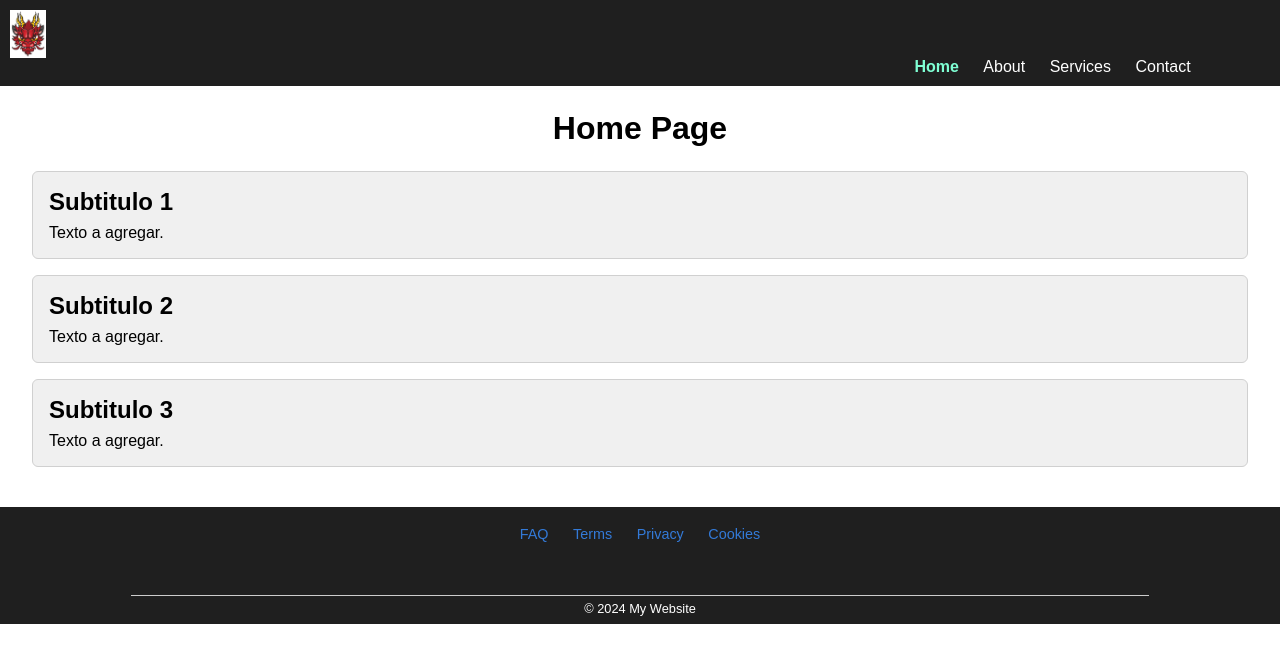
Repository: andreamm-lab/basic-navigation-example-2025-10
Page: index.html
These files come from the project's save history. The page is drawn as it stood at one moment and after the next save; the edit follows.
The browser window is 1280 px wide. The pictures show the whole page.

Above is the page before, as saved 2025-11-06 19:40:53.

After the next save:
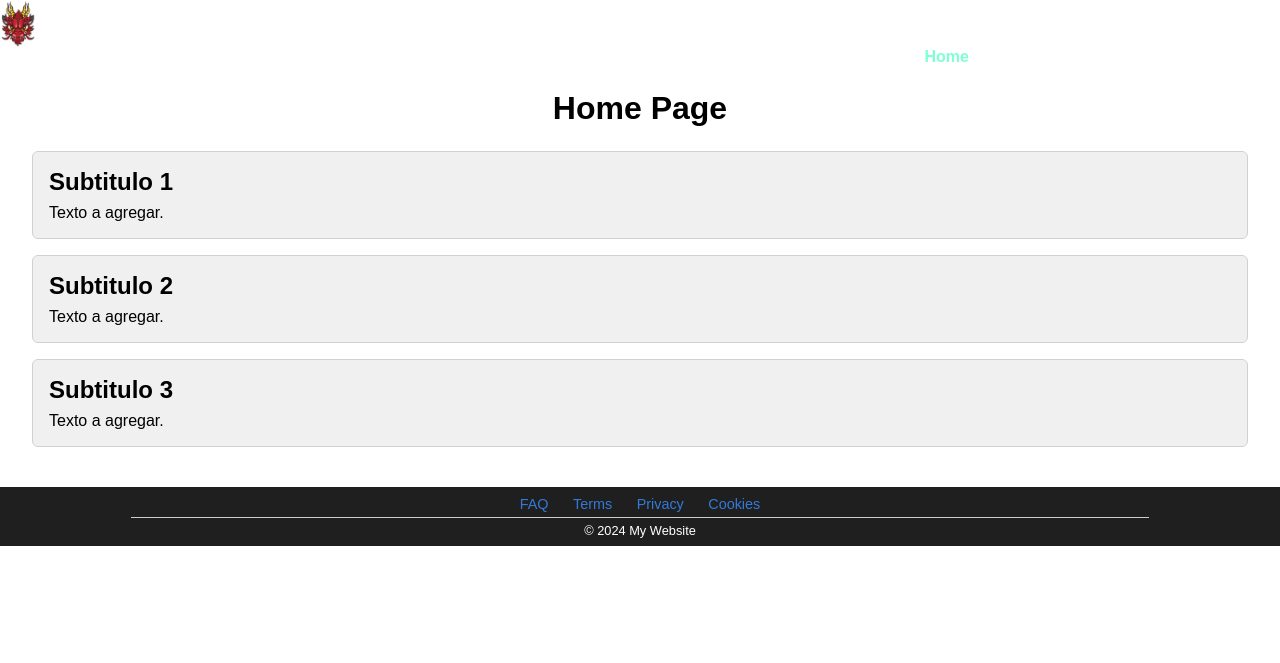
Saved 2 min 12 s later.
--- a/main.css
+++ b/main.css
@@ -19,7 +19,7 @@ body {
 
 /* background box and colors */
 /* nav: means both header and footer */
-nav {
+#main-header nav ul {
     padding: 10px 10px;
     min-height: 80px;
     background-color: #1F1F1F;
